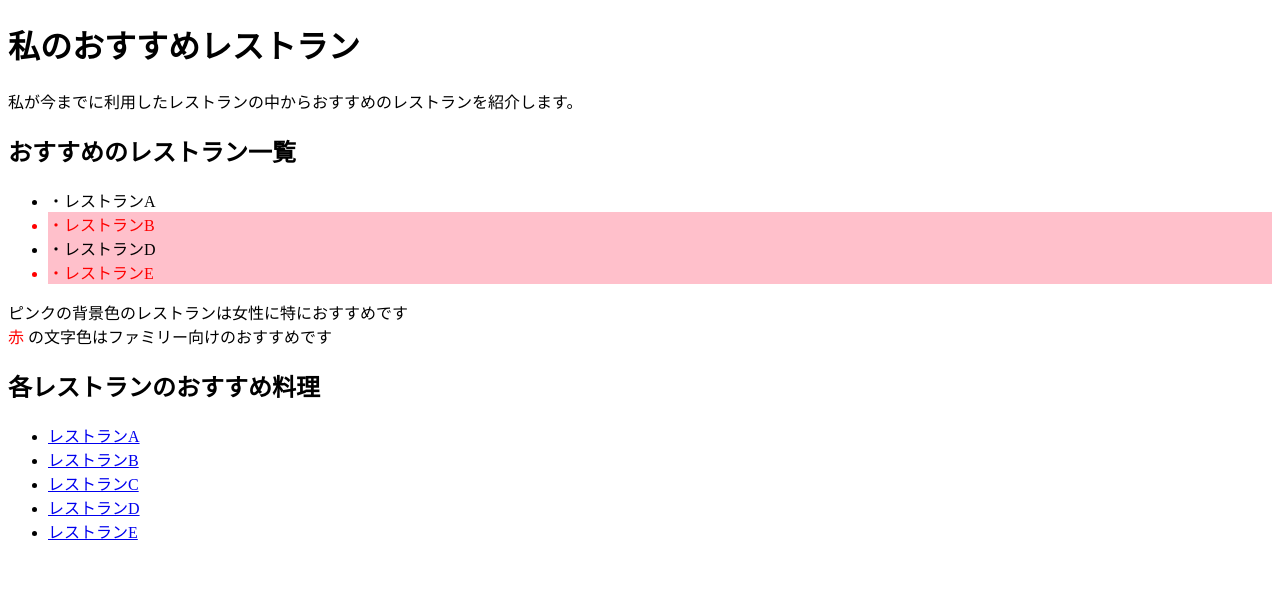
Repository: KubotaAtsushi/samurai_HTML-CSS
Page: test.html
The author's editor kept a record of every edit. The page is drawn from the files as they stood at one moment, then again after the next edit.
The browser window is 1280 px wide. The pictures show the whole page.

Above is the page before.

### test.html
<!DOCTYPE html>
<html lang="ja">
    <head>
        <meta charset="UTF-8">
        <title>HTML/CSSの学習</title>
        <link rel="style" href="style.css">
    </head>
    <body>
      <h1>私のおすすめレストラン</h1>
      <p>私が今までに利用したレストランの中からおすすめのレストランを紹介します。</p>
         <h2>おすすめのレストラン一覧</h2>
         <div id="wrapper">
            <div id="nav">
                <ul>
                    <li>・レストランA</li>
                    <div style="background-color:pink"> <font color="red"><li>・レストランB</li></font>
                    <li>・レストランD</li>
                     <font color="red"><li>・レストランE</li></font>
                </ul>
                <p>ピンクの背景色のレストランは女性に特におすすめです<br>
                 <font color="red">赤
                 </font>の文字色はファミリー向けのおすすめです</p>
            </div>
          </div>
        <h2>各レストランのおすすめ料理</h2>
                 <div id="wrapper">
            <div id="nav">
                <ul>
                    <li><a href="home.html">レストランA</a></li>
                    <li><a href="#">レストランB</a></li>
                    <li><a href="#">レストランC</a></li>
                    <li><a href="#">レストランD</a></li>
                    <li><a href="#">レストランE</a></li>
                </ul>
            </div>
          </div>

After the next edit:
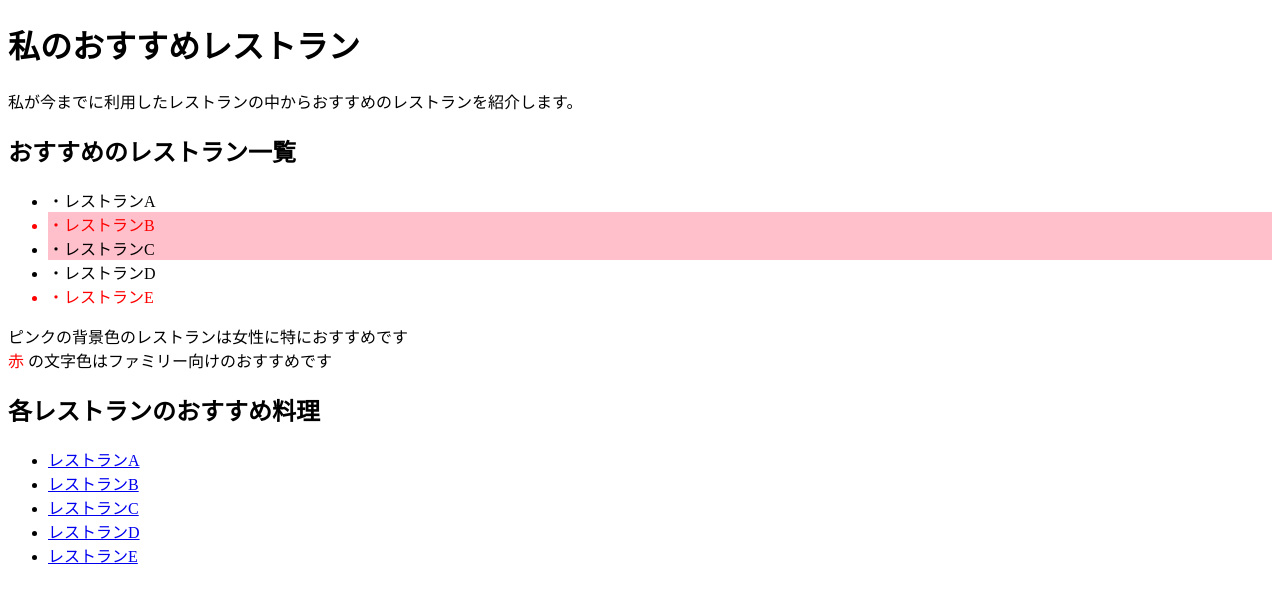
The edit:
--- a/test.html
+++ b/test.html
@@ -13,7 +13,10 @@
             <div id="nav">
                 <ul>
                     <li>・レストランA</li>
-                    <div style="background-color:pink"> <font color="red"><li>・レストランB</li></font>
+                    <div style="background-color:pink">
+                    <font color="red">
+                    <li>・レストランB</li></font>
+                    <li>・レストランC</li></div>
                     <li>・レストランD</li>
                      <font color="red"><li>・レストランE</li></font>
                 </ul>
